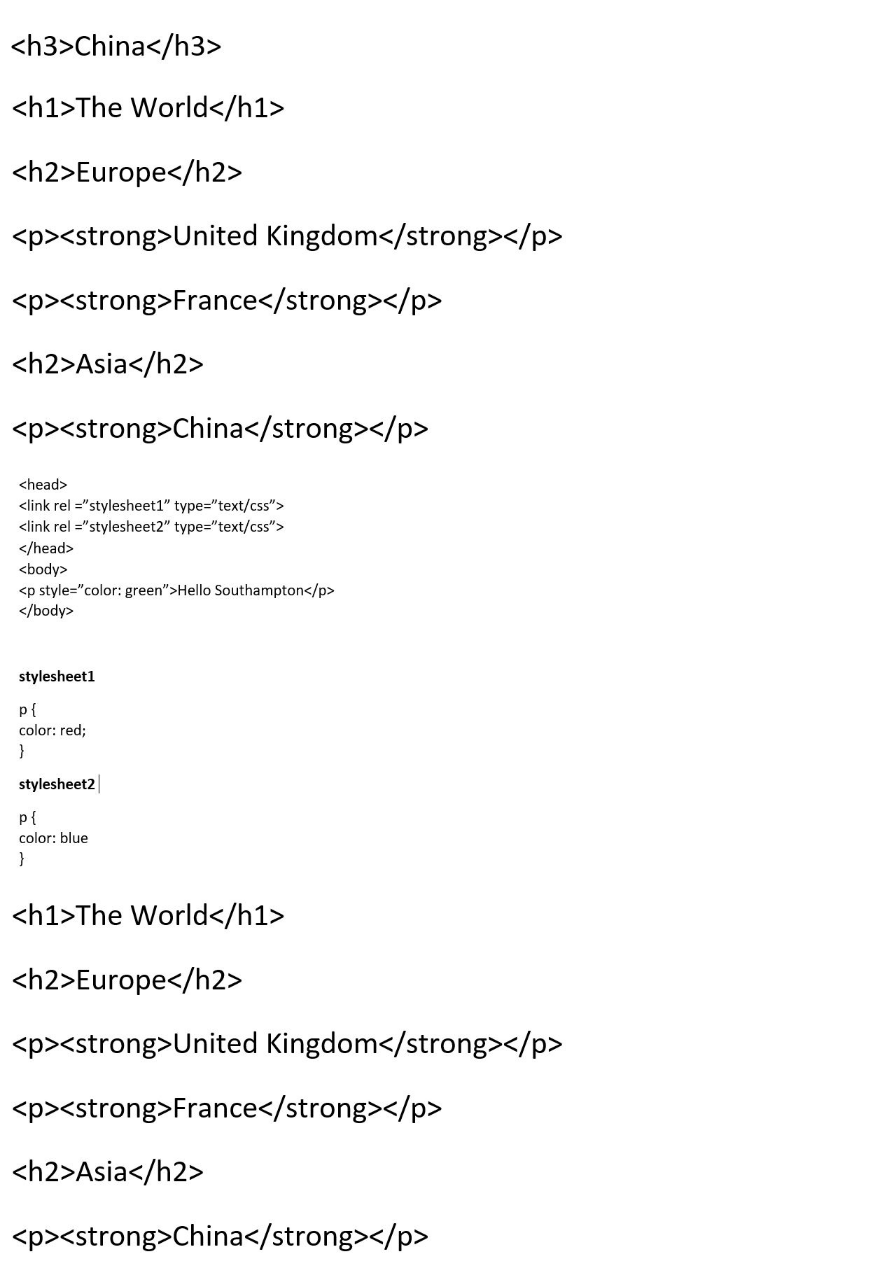
Repository: DigitalExperienceTeam/assessmentImages
Page: index.html
The author's editor kept a record of every edit. The page is drawn from the files as they stood at one moment, then again after the next edit.
The browser window is 1280 px wide. The pictures show the part of the page from y = 2019 to 3939 px (the page is 3845 px tall before and 3939 px after), at 70% of full size.

Above is the page before.

### index.html
<!DOCTYPE html>
<html lang="en">
<head>
    <meta charset="UTF-8">
    <meta name="viewport" content="width=device-width, initial-scale=1.0">
    <meta http-equiv="X-UA-Compatible" content="ie=edge">
    <title>Document</title>
</head>
<body>
    <p><img src="Question6.jpg"></p>

    <p><img src="Question7A.jpg"></p>

    <p><img src="Question7B.jpg"></p>

    <p><img src="Question7C.jpg"></p>

    <p><img src="Question7D.jpg"></p>

     <p><img src="css1.jpg"></p>

      <p><img src="Question7D.jpg"></p>

</body>
</html>

After the next edit:
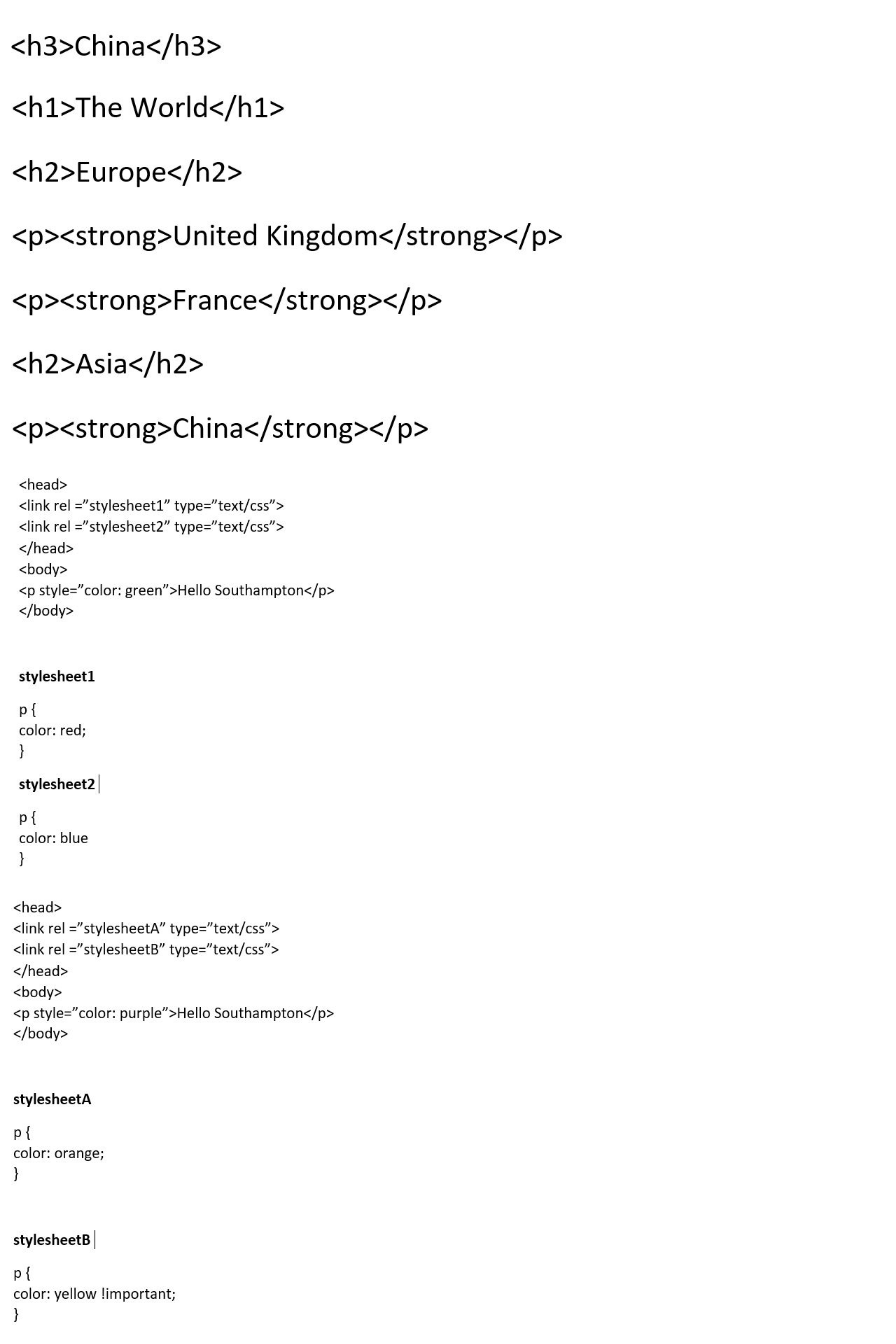
The edit:
--- a/index.html
+++ b/index.html
@@ -19,7 +19,7 @@
 
      <p><img src="css1.jpg"></p>
 
-      <p><img src="Question7D.jpg"></p>
+     <p><img src="css2.jpg"></p>
 
 </body>
 </html>
